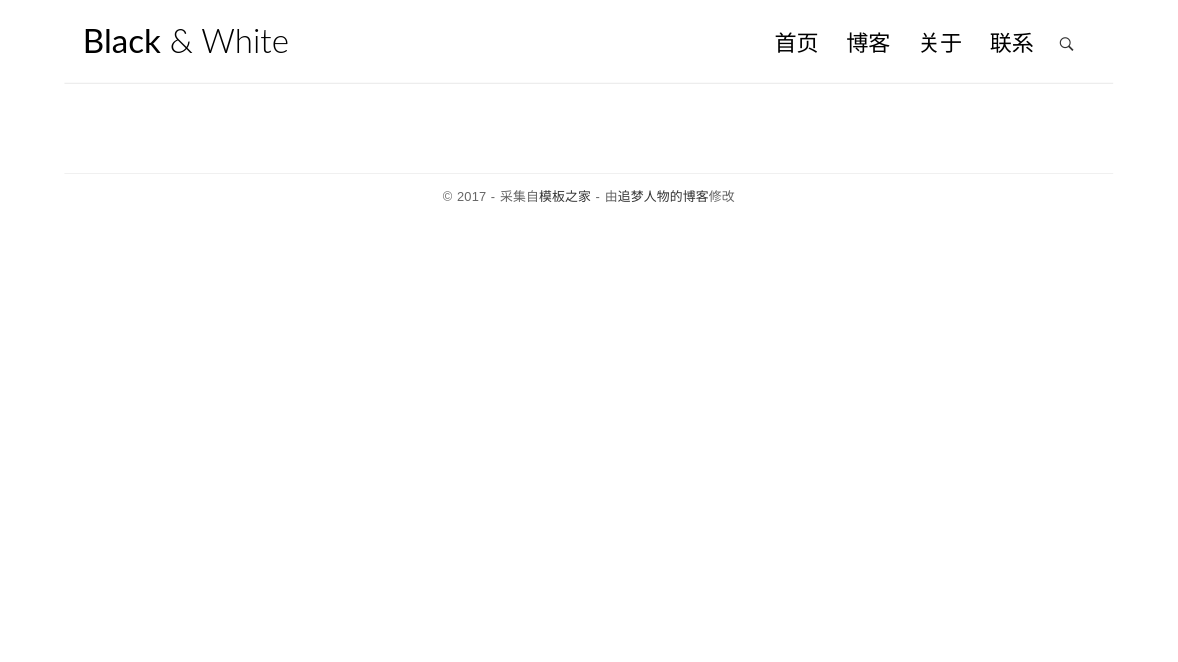
Repository: CoderLiHu/blog
Page: templates/base.html
An editor plug-in stored every save of this project. The page is shown before and after the next save, followed by the edit.
The browser window is 1280 px wide. The pictures show the whole page, at 92% of full size.
The template is drawn by Django 2.2. The application's start-up code is not run. The template is opened directly, without the code that normally fills it, so the values that code supplies are empty.

Above is the page before, as saved 2020-02-20 15:56:04.

After the next save:
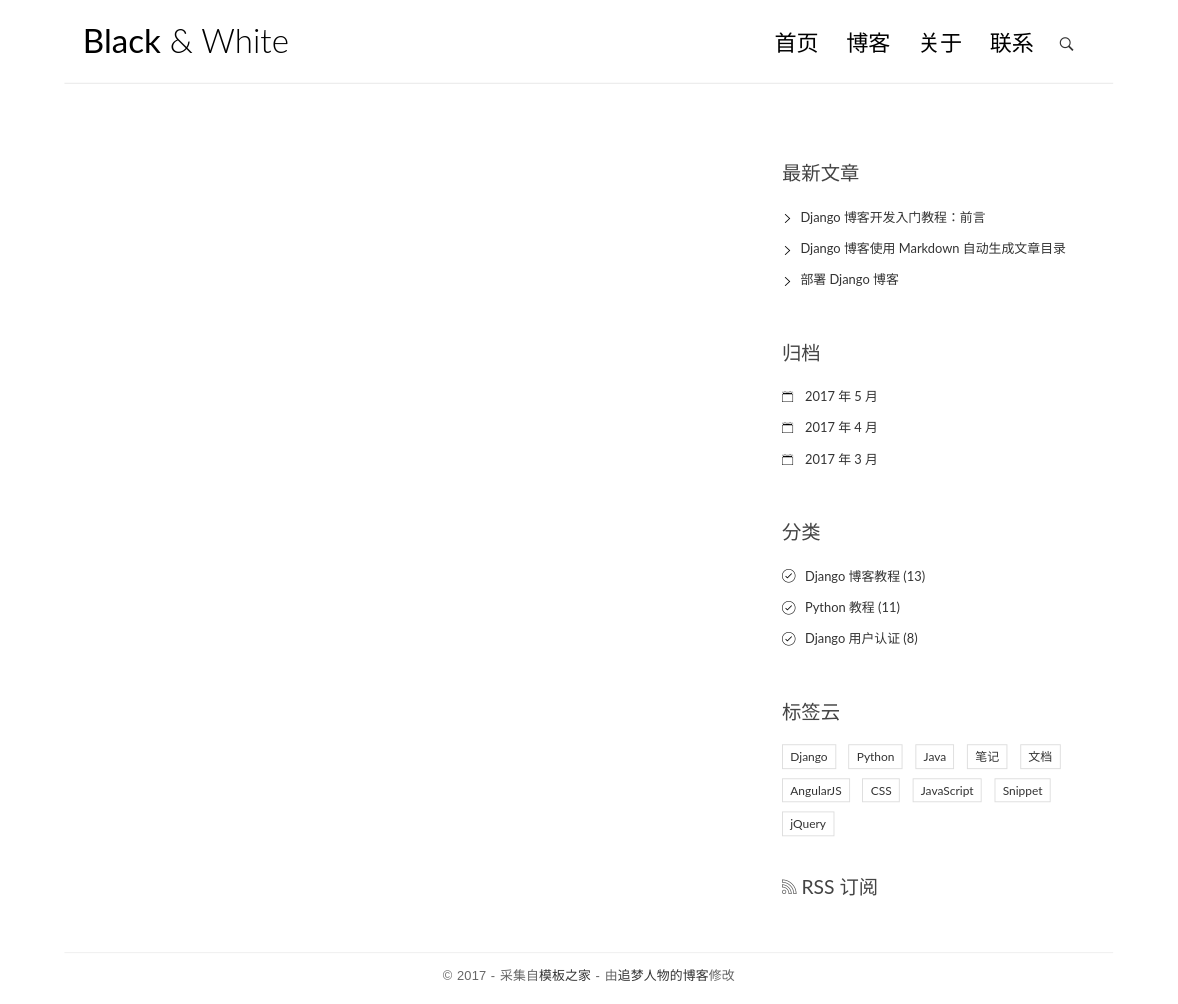
Saved 3 min 41 s later.
--- a/templates/base.html
+++ b/templates/base.html
@@ -73,6 +73,89 @@
             <aside class="col-md-4">
                 {% block toc %}
                 {% endblock toc %}
+                <div class="widget widget-recent-posts">
+                    <h3 class="widget-title">最新文章</h3>
+                    <ul>
+                        <li>
+                            <a href="#">Django 博客开发入门教程：前言</a>
+                        </li>
+                        <li>
+                            <a href="#">Django 博客使用 Markdown 自动生成文章目录</a>
+                        </li>
+                        <li>
+                            <a href="#">部署 Django 博客</a>
+                        </li>
+                    </ul>
+                </div>
+                <div class="widget widget-archives">
+                    <h3 class="widget-title">归档</h3>
+                    <ul>
+                        <li>
+                            <a href="#">2017 年 5 月</a>
+                        </li>
+                        <li>
+                            <a href="#">2017 年 4 月</a>
+                        </li>
+                        <li>
+                            <a href="#">2017 年 3 月</a>
+                        </li>
+                    </ul>
+                </div>
+
+                <div class="widget widget-category">
+                    <h3 class="widget-title">分类</h3>
+                    <ul>
+                        <li>
+                            <a href="#">Django 博客教程 <span class="post-count">(13)</span></a>
+                        </li>
+                        <li>
+                            <a href="#">Python 教程 <span class="post-count">(11)</span></a>
+                        </li>
+                        <li>
+                            <a href="#">Django 用户认证 <span class="post-count">(8)</span></a>
+                        </li>
+                    </ul>
+                </div>
+
+                <div class="widget widget-tag-cloud">
+                    <h3 class="widget-title">标签云</h3>
+                    <ul>
+                        <li>
+                            <a href="#">Django</a>
+                        </li>
+                        <li>
+                            <a href="#">Python</a>
+                        </li>
+                        <li>
+                            <a href="#">Java</a>
+                        </li>
+                        <li>
+                            <a href="#">笔记</a>
+                        </li>
+                        <li>
+                            <a href="#">文档</a>
+                        </li>
+                        <li>
+                            <a href="#">AngularJS</a>
+                        </li>
+                        <li>
+                            <a href="#">CSS</a>
+                        </li>
+                        <li>
+                            <a href="#">JavaScript</a>
+                        </li>
+                        <li>
+                            <a href="#">Snippet</a>
+                        </li>
+                        <li>
+                            <a href="#">jQuery</a>
+                        </li>
+                    </ul>
+                </div>
+                <div class="rss">
+                    <a href=""><span class="ion-social-rss-outline"></span> RSS 订阅</a>
+                </div>
+
             </aside>
         </div>
     </div>
